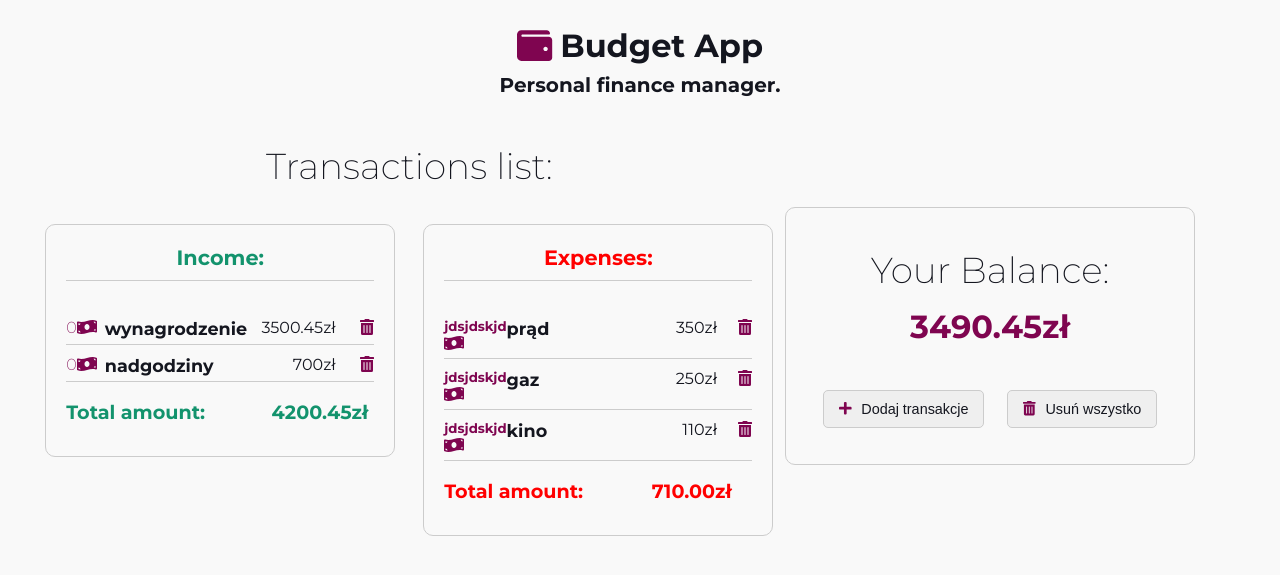
Repository: KrzysKolo/sr_tydzien4_zad4
Page: /
An editor plug-in stored every save of this project. The page is shown before and after the next save, followed by the edit.
The browser window is 1280 px wide. The pictures show the whole page.
Some web libraries are served in a nearby version. The project was rebuilt for these pictures with package versions that can differ from the ones it lists, and the page was loaded fresh each time. Also part of the build but not shown: src/components/budgetComponents/formComponents/Header.js, src/components/budgetComponents/formComponents/ErrorMessage.js, src/components/budgetComponents/formComponents/Input.js, src/components/budgetComponents/formComponents/Select.js.

Above is the page before, as saved 2020-12-09 13:12:20.

After the next save:
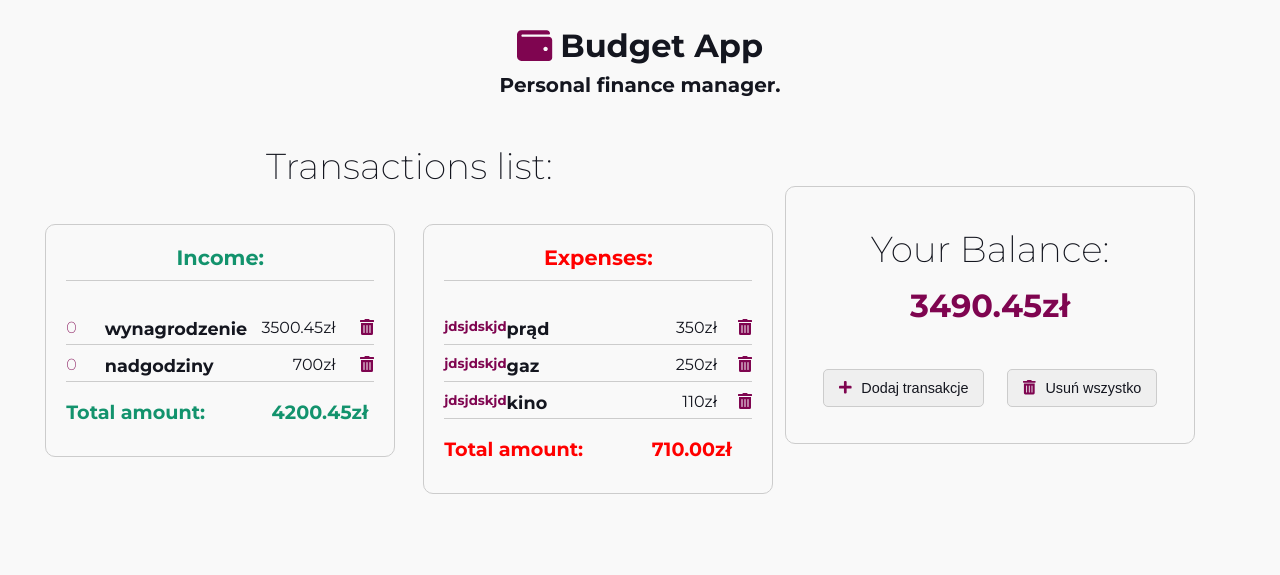
Saved 15 s later.
--- a/src/components/budgetComponents/sectionComponents/DivData.js
+++ b/src/components/budgetComponents/sectionComponents/DivData.js
@@ -76,7 +76,7 @@ const DivData = ({data, label, total, onClick}) => {
                 <DivWrapper key={item.id}>
                     <IcoP>
                         {item.category && <Cat />}
-                        <FontAwesomeIcon icon={faMoneyBillWave}/>
+
                     </IcoP>
                     <NameH3>{item.name}</NameH3>
                     <AmountSpan>{item.amount}zł</AmountSpan>
